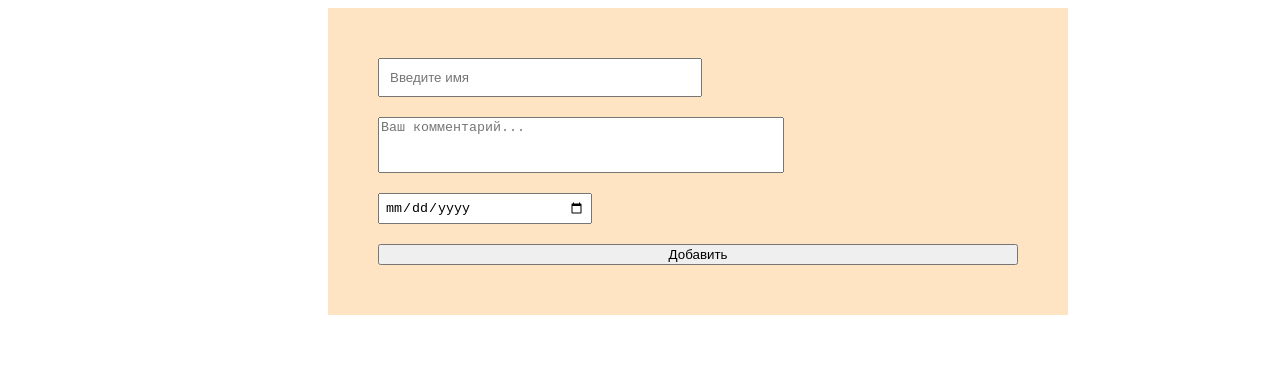
Repository: Grid-Master/commentList
Page: index.html
An editor plug-in stored every save of this project. The page is shown before and after the next save, followed by the edit.
The browser window is 1280 px wide. The pictures show the whole page.

Above is the page before, as saved 2023-03-06 21:42:25.

### index.html
<!DOCTYPE html>
<html lang="en">
  <head>
    <meta charset="UTF-8" />
    <meta http-equiv="X-UA-Compatible" content="IE=edge" />
    <meta name="viewport" content="width=device-width, initial-scale=1.0" />
    <title>Comments</title>
    <style>
      form {
        width: 50vw;
        margin-left: 25vw;
        background-color: bisque;
        display: flex;
        flex-direction: column;
        padding: 50px;
      }

      input[type='text'] {
        width: 300px;
        padding: 10px;
        margin-bottom: 20px;
      }
      textarea {
        width: 400px;
        height: 50px;
        resize: none;
        margin-bottom: 20px;
      }

      input[type='date'] {
        width: 200px;
        padding: 5px;
        margin-bottom: 20px;
      }
    </style>
  </head>
  <body>
    <form>
      <input type="text" placeholder="Введите имя" />
      <textarea placeholder="Ваш комментарий..."></textarea>
      <input type="date" />
      <button>Добавить</button>
    </form>
  </body>
</html>

After the next save:
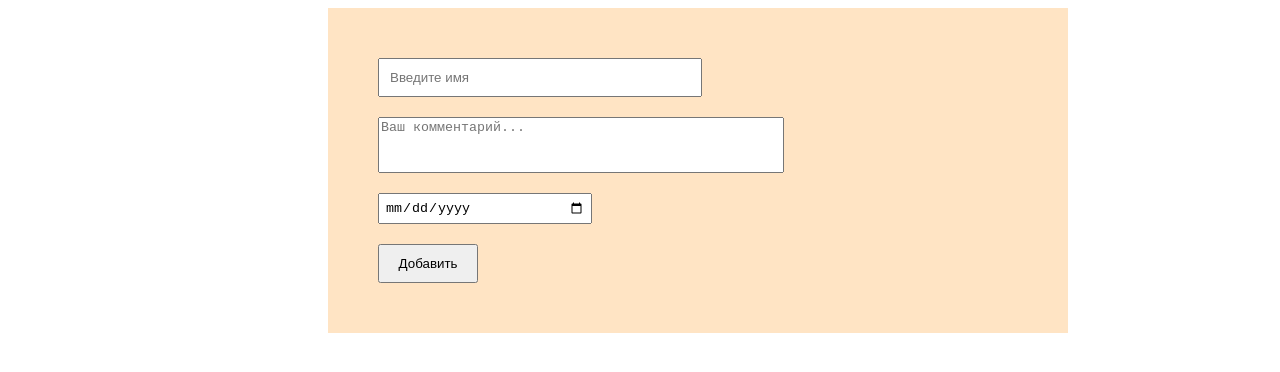
Saved 27 s later.
--- a/index.html
+++ b/index.html
@@ -32,6 +32,11 @@
         padding: 5px;
         margin-bottom: 20px;
       }
+
+      button {
+        width: 100px;
+        padding: 10px;
+      }
     </style>
   </head>
   <body>
